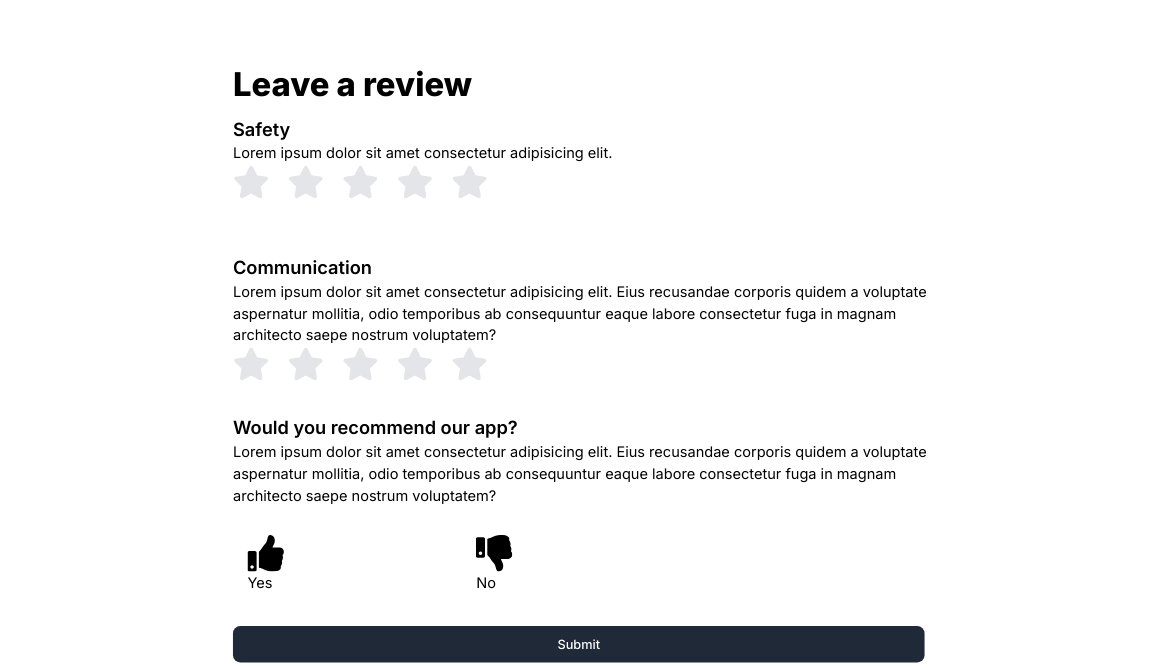
Repository: akankshaajoshi/review-form
Page: /review
The author's editor kept a copy of each file at every save. The page is drawn from the files as they stood at one save, then again after the next save.
The browser window is 1280 px wide. The pictures show the whole page, at 91% of full size.
The project was rebuilt for these pictures with package versions that can differ from the ones it lists, and the page was loaded fresh each time. The framework's server and built-in components were replaced by stand-ins that run in the browser. Also part of the build but not shown: next.config.mjs.

Above is the page before, as saved 2024-05-25 13:54:41.

After the next save:
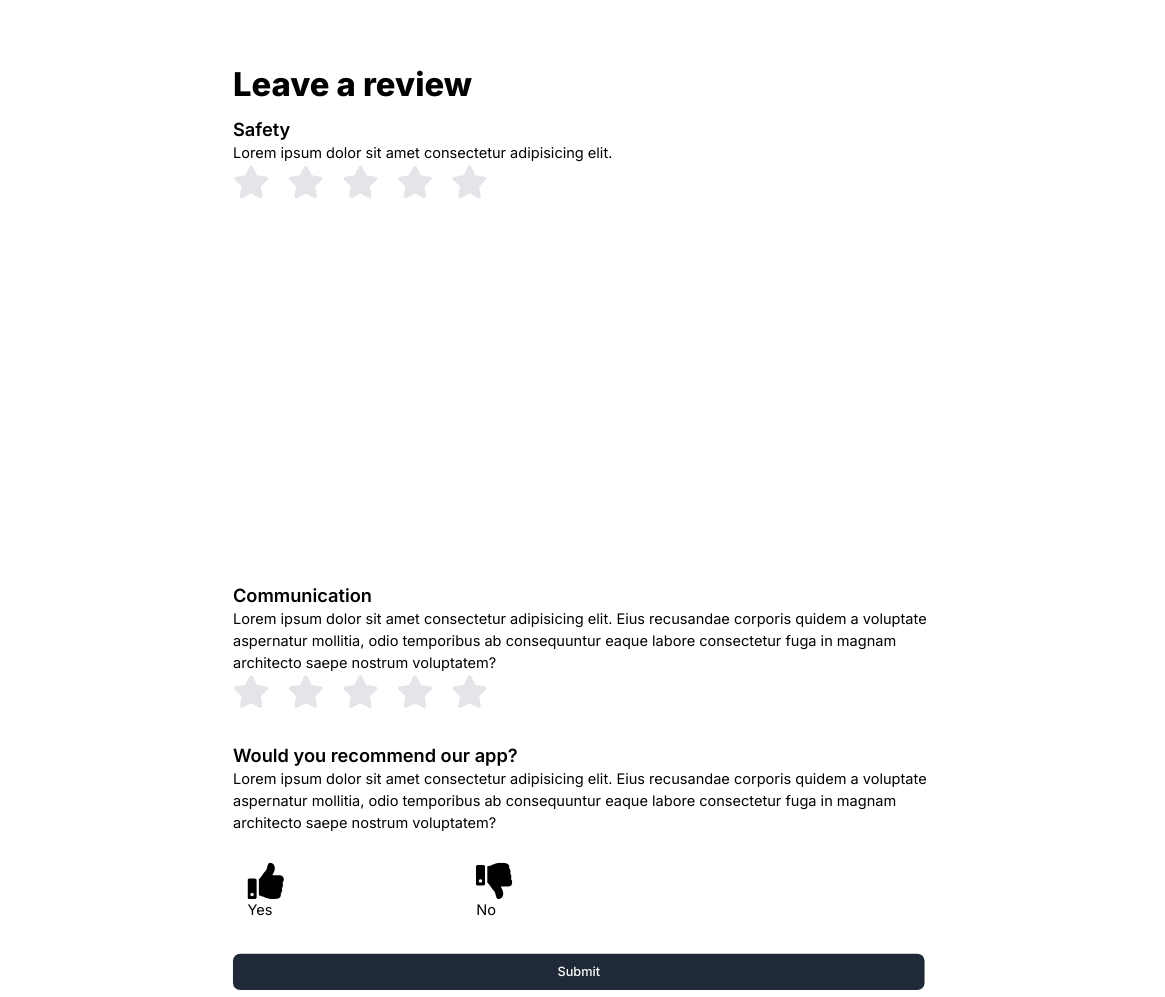
Saved 6 s later.
--- a/app/(routes)/review/page.tsx
+++ b/app/(routes)/review/page.tsx
@@ -29,7 +29,7 @@ export default function Review(){
             {state?.type === "success" && <p className="text-lg p-2 text-white rounded-md bg-green-500">{state?.message}</p>}
             {state?.type === "error" && <p className="text-lg p-2 text-white rounded-md bg-red-500">{state?.message}</p>}
             <form action={formAction} className="flex flex-col lg:gap-y-[20px] sm:gap-y-[30px]">
-                <fieldset className="sm:pb-[40px] pb-4">
+                <fieldset className="sm:pb-[400px] pb-4">
                     <label htmlFor="safety" className="text-xl font-semibold">Safety</label>
                     <p>Lorem ipsum dolor sit amet consectetur adipisicing elit. </p>
                     <StarRating name="safety"/>
